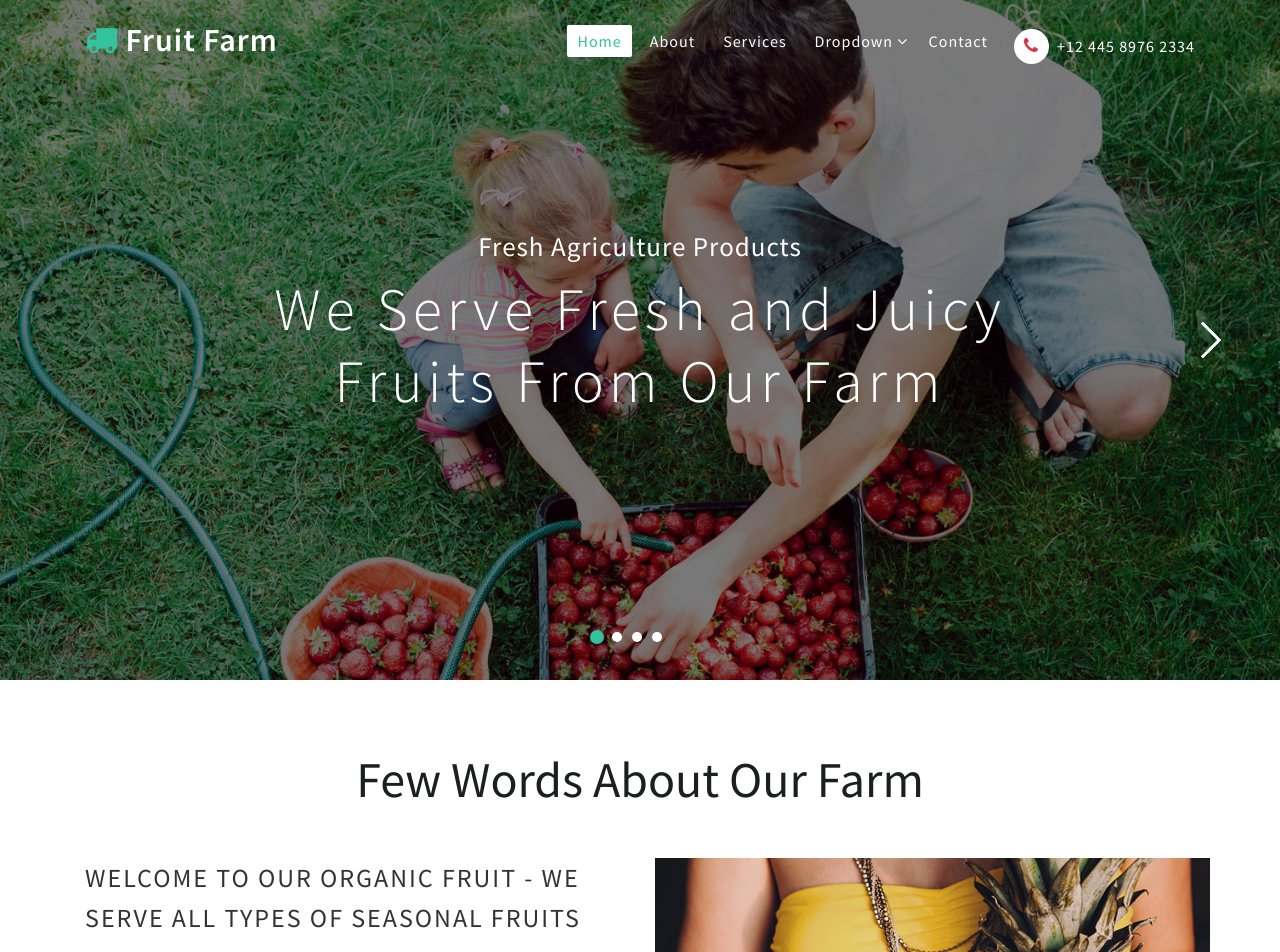
Repository: httpamit/SP-Food
Page: index.html
These files come from the project's save history. The page is drawn as it stood at one moment and after the next save; the edit follows.
The browser window is 1280 px wide. The pictures show the part of the page from y = 0 to 952 px (the page is 4839 px tall).
Backgrounds fixed to the window are drawn as part of the page.

Above is the page before, as saved 2019-02-07 23:12:44.

### index.html
<!DOCTYPE html>
<html lang="en">
<head>
<title>Fruit Farm Agriculture Category Flat Bootstrap Responsive Website Template | Home : W3layouts</title>

	<!-- Meta tag Keywords -->
	<meta name="viewport" content="width=device-width, initial-scale=1">
	<meta charset="utf-8">
	<meta name="keywords" content="Agriculture Responsive web template, Bootstrap Web Templates, Flat Web Templates, Android Compatible web template,
	Smartphone Compatible web template, free webdesigns for Nokia, Samsung, LG, SonyEricsson, Motorola web design" />
	<script type="application/x-javascript">
		addEventListener("load", function () {
			setTimeout(hideURLbar, 0);
		}, false);

		function hideURLbar() {
			window.scrollTo(0, 1);
		}
	</script>
	<!--// Meta tag Keywords -->

	<!-- css files -->
	<link rel="stylesheet" href="css/bootstrap.css"> <!-- Bootstrap-Core-CSS -->
	<link rel="stylesheet" href="css/style.css" type="text/css" media="all" /> <!-- Style-CSS -->
	<link rel="stylesheet" href="css/font-awesome.min.css"> <!-- Font-Awesome-Icons-CSS -->
	<!-- //css files -->

	<!--web font-->
	<link href="//fonts.googleapis.com/css?family=Source+Sans+Pro:200,200i,300,300i,400,400i,600,600i,700,700i,900,900i&amp;subset=cyrillic,cyrillic-ext,greek,greek-ext,latin-ext,vietnamese" rel="stylesheet">
	<!--//web font-->

</head>

<body>

<!-- header -->
<header>
	<div class="container" id="home">
		<nav class="">
			<div id="logo">
				<h1> <a href="index.html" class="editContent" data-selector=".editContent"><span class="fa fa-truck"></span> Fruit Farm</a></h1>
			</div>
			<div class="mx-auto">
				<label for="drop" class="toggle mt-lg-0 mt-3">Menu</label>
				<input type="checkbox" id="drop" />
				<ul class="menu mt-lg-4">
					<li class=" mr-lg-2 mr-1 active"><a href="#">Home</a></li>
					<li class=" mr-lg-2 mr-1"><a href="#about">About</a></li>
					<li class=" mr-lg-2 mr-1"><a href="#services">Services</a></li>
					<li class="dropdown-menu-padding">
					<!-- First Tier Drop Down -->
					<label for="drop-2" class="toggle">Dropdown <span class="fa fa-angle-down" aria-hidden="true"></span> </label>
					<a href="#">Dropdown <span class="fa fa-angle-down" aria-hidden="true"></span></a>
					<input type="checkbox" id="drop-2"/>
					<ul>
						<li><a href="#facts">Agriculture Facts</a></li>
						<li><a href="#gallery">Our Gallery</a></li>
						<li><a href="#team">Our Farmers</a></li>
					</ul>
					</li>
					<li><a href="#contact">Contact</a></li>
					<li class="buttons ml-lg-3">
						<p><span class="fa mr-1 fa-phone"></span> +12 445 8976 2334</p>
					</li>
				</ul>
			</div>
		</nav>
	</div>
</header>
<!-- //header -->

<div class="csslider infinity" id="slider1">
  <input type="radio" name="slides" checked="checked" id="slides_1"/>
  <input type="radio" name="slides" id="slides_2"/>
  <input type="radio" name="slides" id="slides_3"/>
  <input type="radio" name="slides" id="slides_4"/>
  <ul>
    <li>
		<div id="bg">
			<div class="container">
				<div class="banner-text">
				  <h6> Fresh Agriculture Products</h6>
				  <h3> We Serve Fresh and Juicy Fruits From Our Farm</h3>
				</div>
			</div>
		</div>
    </li>
    <li>
        <div id="bg1">
			<div class="container">
				<div class="banner-text">
				  <h6> Fresh Agriculture Products</h6>
				  <h3> We Serve Fresh and Juicy Fruits From Our Farm</h3>
				</div>
			</div>
        </div>
    </li>
    <li>
		<div id="bg2">
			<div class="container">
				<div class="banner-text">
				  <h6> Fresh Agriculture Products</h6>
				  <h3> We Serve Fresh and Juicy Fruits From Our Farm</h3>
				</div>
			</div>
        </div>
    </li>
    <li>
		<div id="bg3">
			<div class="container">
				<div class="banner-text">
				  <h6> Fresh Agriculture Products</h6>
				  <h3> We Serve Fresh and Juicy Fruits From Our Farm</h3>
				</div>
			</div>
		</div>
    </li>

  </ul>
  <div class="arrows">
    <label for="slides_1"></label>
    <label for="slides_2"></label>
    <label for="slides_3"></label>
    <label for="slides_4"></label>
  </div>
  <div class="navigation">
    <div>
      <label for="slides_1"></label>
      <label for="slides_2"></label>
      <label for="slides_3"></label>
      <label for="slides_4"></label>
    </div>
  </div>
</div>

<!-- //banner -->

<!-- about -->
<section class="about py-5" id="about">
	<div class="container py-md-3">
		<h3 class="heading text-center mb-md-5 mb-4">Few Words About our farm</h3>
		<div class="row about-grids agile-info">
			<div class="col-lg-6 mb-lg-0   mb-5">
				<h4 class="mb-4">Welcome to our Organic Fruit - we serve all types of seasonal fruits</h3>
				<p class="mb-4">Cras blandit nibh ut pretium elementum. Duis bibendum convallis nun cael dictum. Quisquen ac ipsum porta, ultrices metus sit amet, curs in nisl. Dui aliquet varius sem sit amet convallis nun ca dictum. Cras blandit nibh ut pretium elementum. Duis bibendum convallis nun ca dictum aliquet.</p>
				<p class="text-capitalize"> <span class="fa fa-check"></span> Duis bibendum convallis blandit dictum.</p>
				<p class=" text-capitalize"> <span class="fa fa-check"></span> Cras blandit nibh blandit pretium dolor ipsum.</p>
				<p class="text-capitalize mb-3"> <span class="fa fa-check"></span> Bibendum convallis nun ca dictum elementum ipsum elit.</p>
				<a href="#popup1">Read More </a>
			</div>
			<div class="col-lg-6 col-md-8   pr-md-0">
				<img src="images/about.jpg" class="img-fluid" />
			</div>
		</div>
	</div>
</section>
<!-- //about -->

<!-- how we work -->
<section class="work">
	<div class="work-layer py-5">
	<div class="container py-md-3">
		<h3 class="heading text-center mb-lg-5 text-white mb-4">How We Work</h3>
		<div class="row text-center join agile-info">
			<div class="col-lg-4 col-md-6 steps-reach  ">
				<span class="fa fa-cogs"></span>
				<h4>Step 1</h4>
				<p>Pretium elementum. Duis bibendum convallis nun ca dictum convallis nun ca dictum. Cras blandit nibh ut aliquet varius sem sit amet convallis.</p>
			</div>
			<div class="col-lg-4 col-md-6 mt-md-0 mt-5 steps-reach  ">
				<span class="fa fa-cubes"></span>
				<h4>Step 2</h4>
				<p>Pretium elementum. Duis bibendum convallis nun ca dictum convallis nun ca dictum. Cras blandit nibh ut aliquet varius sem sit amet convallis.</p>
			</div>
			<div class="col-lg-4 col-md-6 mt-lg-0 mt-5 steps-reach  ">
				<span class="fa fa-cart-arrow-down" aria-hidden="true"></span>
				<h4>Step 3</h4>
				<p>Pretium elementum. Duis bibendum convallis nun ca dictum convallis nun ca dictum. Cras blandit nibh ut aliquet varius sem sit amet convallis.</p>
			</div>
		</div>
	</div>
	</div>
</section>
<!-- //how we work -->

<!-- services -->
<section class="services py-5" id="services">
	<div class="container py-md-5">
		<h3 class="heading text-center mb-lg-5 mb-4">Our Services</h3>
		<div class="row text-center join agile-info">
			<div class="col-lg-4 col-md-6 steps-reach service-box">
				<span class="fa fa-cogs"></span>
				<h4>Step 1</h4>
				<p>Pretium elementum. Duis bibendum convallis nun ca dictum convallis nun ca dictum. Cras blandit nibh ut aliquet varius sem sit amet convallis.</p>
			</div>
			<div class="col-lg-4 col-md-6 mt-md-0 mt-5 steps-reach service-box ">
				<span class="fa fa-cubes"></span>
				<h4>Step 2</h4>
				<p>Pretium elementum. Duis bibendum convallis nun ca dictum convallis nun ca dictum. Cras blandit nibh ut aliquet varius sem sit amet convallis.</p>
			</div>
			<div class="col-lg-4 col-md-6 mt-lg-0 mt-5 steps-reach service-box right-border ">
				<span class="fa fa-cart-arrow-down" aria-hidden="true"></span>
				<h4>Step 3</h4>
				<p>Pretium elementum. Duis bibendum convallis nun ca dictum convallis nun ca dictum. Cras blandit nibh ut aliquet varius sem sit amet convallis.</p>
			</div>
		</div>
	</div>
	</div>
</section>
<!-- //how we work -->

<!-- facts -->
<section class="service-bottom bg py-5" id="facts">
	<div class="container">
		<!-- Counter -->
		<div class="py-lg-5 py-3">
			<h3 class="heading text-center text-white mb-lg-5 mb-4">Agricultural Facts</h3>
			<div class="row ">
				<div class="col-md-3 text-center col-6 agileits_w3layouts_about_counter_left  ">
					<div class="counterinfo agile-info">
						<p class="counter">146</p>
						<h3>Business Growth</h3>
					</div>
				</div>
				<div class="col-md-3 text-center col-6 agileits_w3layouts_about_counter_left  ">
					<div class="counterinfo agile-info">
						<p class="counter">1500</p>
						<h3>Fruits Supplied</h3>
					</div>
				</div>
				<div class="col-md-3 text-center col-6 agileits_w3layouts_about_counter_left   mt-md-0 mt-4">
					<div class="counterinfo agile-info">
						<p class="counter">15+</p>
						<h3>Years Experience</h3>
					</div>
				</div>
				<div class="col-md-3 text-center col-6 agileits_w3layouts_about_counter_left   mt-md-0 mt-4">
					<div class="counterinfo agile-info">
						<p class="counter">150+</p>
						<h3>Agriculture Farmers</h3>
					</div>
				</div>
			</div>
		</div>
		<!-- //Counter -->
	</div>
</section>
<!-- //facts -->

<!-- gallery -->
<section class="gallery py-5" id="gallery">
	<div class="container py-3">
		<h3 class="heading text-center mb-lg-5 mb-4">Our Gallery</h3>
		<div class="row gallery_grid-more project-grids w3ls">
			<div class="col-lg-3 col-md-4 col-6 px-1 w3layoutsits_w3layouts_gallery_grid1">
				<div class="gallery-border">
					<a href="#popup2">
						<img src="images/g1.jpg" alt=" " class="img-fluid" />
					</a>
				</div>
			</div>
			<div class="col-lg-3 col-md-4 col-6 px-1 w3layoutsits_w3layouts_gallery_grid1">
				<div class="gallery-border">
					<a href="#popup3">
						<img src="images/g2.jpg" alt=" " class="img-fluid" />
					</a>
				</div>
			</div>
			<div class="col-lg-3 col-md-4 col-6 px-1 w3layoutsits_w3layouts_gallery_grid1 mt-md-0 mt-2">
				<div class="gallery-border">
					<a href="#popup4">
						<img src="images/g3.jpg" alt=" " class="img-fluid" />
					</a>
				</div>
			</div>
			<div class="col-lg-3 col-md-4 col-6 px-1 w3layoutsits_w3layouts_gallery_grid1 mt-lg-0 mt-2">
				<div class="gallery-border">
					<a href="#popup5">
						<img src="images/g4.jpg" alt=" " class="img-fluid" />
					</a>
				</div>
			</div>
			<div class="col-lg-3 col-md-4 col-6 px-1 w3layoutsits_w3layouts_gallery_grid1 mt-2 ">
				<div class="gallery-border">
					<a href="#popup6">
						<img src="images/g5.jpg" alt=" " class="img-fluid" />
					</a>
				</div>
			</div>
			<div class="col-lg-3 col-md-4 col-6 px-1 w3layoutsits_w3layouts_gallery_grid1 mt-2">
				<div class="gallery-border">
					<a href="#popup7">
						<img src="images/g6.jpg" alt=" " class="img-fluid" />
					</a>
				</div>
			</div>
			<div class="col-lg-3 col-md-4 col-6 px-1 w3layoutsits_w3layouts_gallery_grid1 mt-2">
				<div class="gallery-border">
					<a href="#popup8">
						<img src="images/g7.jpg" alt=" " class="img-fluid" />
					</a>
				</div>
			</div>
			<div class="col-lg-3 col-md-4 col-6 px-1 w3layoutsits_w3layouts_gallery_grid1 mt-2">
				<div class="gallery-border">
					<a href="#popup9">
						<img src="images/g8.jpg" alt=" " class="img-fluid" />
					</a>
				</div>
			</div>
		</div>
	</section>

<!-- popup for gallery -->
<div id="popup2" class="overlay">
	<div class="popup1">
		<img src="images/g1.jpg" alt="Popup Image" class="img-fluid" />
	<a class="close" href="#gallery">&times;</a>
	</div>
</div>

<div id="popup3" class="overlay">
	<div class="popup1">
		<img src="images/g2.jpg" alt="Popup Image" class="img-fluid" />
	<a class="close" href="#gallery">&times;</a>
	</div>
</div>

<div id="popup4" class="overlay">
	<div class="popup1">
		<img src="images/g3.jpg" alt="Popup Image" class="img-fluid" />
	<a class="close" href="#gallery">&times;</a>
	</div>
</div>

<div id="popup5" class="overlay">
	<div class="popup1">
		<img src="images/g4.jpg" alt="Popup Image" class="img-fluid" />
	<a class="close" href="#gallery">&times;</a>
	</div>
</div>

<div id="popup6" class="overlay">
	<div class="popup1">
		<img src="images/g5.jpg" alt="Popup Image" class="img-fluid" />
	<a class="close" href="#gallery">&times;</a>
	</div>
</div>

<div id="popup7" class="overlay">
	<div class="popup1">
		<img src="images/g6.jpg" alt="Popup Image" class="img-fluid" />
	<a class="close" href="#gallery">&times;</a>
	</div>
</div>
<div id="popup8" class="overlay">
	<div class="popup1">
		<img src="images/g7.jpg" alt="Popup Image" class="img-fluid" />
	<a class="close" href="#gallery">&times;</a>
	</div>
</div>
<div id="popup9" class="overlay">
	<div class="popup1">
		<img src="images/g8.jpg" alt="Popup Image" class="img-fluid" />
	<a class="close" href="#gallery">&times;</a>
	</div>
</div>
<!-- //popup for gallery -->

</div>
<!-- //gallery -->

<!-- team -->
<section class="team bg-light py-5" id="team">
	<div class="container py-md-3">
		<h3 class="heading text-center mb-lg-5 mb-4">Our Farmers</h3>
		<div class="row team-grids">
			<div class="col-lg-3 col-sm-6 mb-lg-0 mb-4 team-grid  ">
				<div class="team-members">
					<img src="images/t1.jpg" class="img-fluid" alt="image">
					<div class="team-desc py-3 text-center agile-info">
						<h4 class="">John Doe</h4>
						<span>Our Farmer</span>
						<ul class="social">
							<li><a href="#"><span class="fa fa-facebook icon_facebook"></span></a></li>
							<li><a href="#"><span class="fa fa-twitter icon_twitter"></span></a></li>
							<li><a href="#"><span class="fa fa-dribbble icon_dribbble"></span></a></li>
							<li><a href="#"><span class="fa fa-google-plus icon_g_plus"></span></a></li>
						</ul>
					</div>
				</div>
			</div>
			<div class="col-lg-3 col-sm-6 mb-lg-0 mb-4 team-grid  ">
				<div class="team-members">
					<img src="images/t2.jpg" class="img-fluid" alt="image">
					<div class="team-desc py-3 text-center agile-info">
						<h4 class="">Melisa Doe</h4>
						<span>Our Farmer</span>
						<ul class="social">
							<li><a href="#"><span class="fa fa-facebook icon_facebook"></span></a></li>
							<li><a href="#"><span class="fa fa-twitter icon_twitter"></span></a></li>
							<li><a href="#"><span class="fa fa-dribbble icon_dribbble"></span></a></li>
							<li><a href="#"><span class="fa fa-google-plus icon_g_plus"></span></a></li>
						</ul>
					</div>
				</div>
			</div>
			<div class="col-lg-3 col-sm-6 mb-sm-0 mb-4 team-grid  ">
				<div class="team-members">
					<img src="images/t3.jpg" class="img-fluid" alt="image">
					<div class="team-desc py-3 text-center agile-info">
						<h4 class="">Alex Atkinson</h4>
						<span>Our Farmer</span>
						<ul class="social">
							<li><a href="#"><span class="fa fa-facebook icon_facebook"></span></a></li>
							<li><a href="#"><span class="fa fa-twitter icon_twitter"></span></a></li>
							<li><a href="#"><span class="fa fa-dribbble icon_dribbble"></span></a></li>
							<li><a href="#"><span class="fa fa-google-plus icon_g_plus"></span></a></li>
						</ul>
					</div>
				</div>
			</div>
			<div class="col-lg-3 col-sm-6 team-grid  ">
				<div class="team-members">
					<img src="images/t4.jpg" class="img-fluid" alt="image">
					<div class="team-desc py-3 text-center agile-info">
						<h4 class="">Thompson</h4>
						<span>Our Farmer</span>
						<ul class="social">
							<li><a href="#"><span class="fa fa-facebook icon_facebook"></span></a></li>
							<li><a href="#"><span class="fa fa-twitter icon_twitter"></span></a></li>
							<li><a href="#"><span class="fa fa-dribbble icon_dribbble"></span></a></li>
							<li><a href="#"><span class="fa fa-google-plus icon_g_plus"></span></a></li>
						</ul>
					</div>
				</div>
			</div>
		</div>
	</div>
</section>
<!-- //team -->

<!-- footer -->
<footer class="py-5" id="contact">
	<div class="container pt-md-3">
		<div class="row ">
		<div class="col-lg-4 col-md-6">
            <h3 class="mb-4">Address Info</h3>
			<div class="footer-text">
				<p>Address : 1234 block, Charlotte, North Carolina, United States, USA.</p>
				<p class="mt-1">Phone : +12 534894364</p>
				<p class="mt-1">Phone : +12 534894364</p>
				<p class="my-1">Email : <a href="mailto:info@example.com">info@example.com</a></p>
				<p>Fax : +12 534894364</p>
			</div>
		</div>
		<div class="col-lg-3 col-md-6 mt-md-0 mt-5">
            <h3 class="mb-4">Opening Hours</h3>
			<div class="timings">
				<p class="mb-2">Mon To Fri<span> 9am to 8pm </span></p>
				<p class="">Sat and Sun<span> 10am to 6pm </span></p>
			</div>
            <h3 class="mt-4">Connect Us</h3>
			<p class="mt-3">Follow us on social media.</p>
			<ul class="social mt-2">
				<li><a href="#"><span class="fa fa-facebook icon_facebook"></span></a></li>
				<li><a href="#"><span class="fa fa-twitter icon_twitter"></span></a></li>
				<li><a href="#"><span class="fa fa-dribbble icon_dribbble"></span></a></li>
				<li><a href="#"><span class="fa fa-google-plus icon_g_plus"></span></a></li>
			</ul>
		</div>
		<div class="col-lg-5 mt-lg-0 mt-5">
			<h3 class="mb-4 ml-md-5"> Contact Us</h3>
			<form action="#" method="get" class="register-wthree">
				<div class="form-group">
					<div class="row">
						<div class="col-sm-2 d-sm-flex align-items-end justify-content-end px-sm-0">
							<label class="mb-0">
								<span class="fa fa-user"></span>
							</label>
						</div>
						<div class="col-sm-5 pr-sm-1">
							<input class="form-control" type="text" placeholder="First Name" name="email" required="">
						</div>
						<div class="col-sm-5 pl-sm-1 pl-auto mt-sm-0 mt-2">
							<input class="form-control" type="text" placeholder="Last Name" name="email" required="">
						</div>
					</div>
				</div>
				<div class="form-group">
					<div class="row">
						<div class="col-sm-2 d-sm-flex align-items-end justify-content-end px-sm-0">
							<label class="mb-0">
								<span class="fa fa-envelope-open"></span>
							</label>
						</div>
						<div class="col-sm-10">
							<input class="form-control" type="email" placeholder="example@mail.com" name="email" required="">
						</div>
					</div>
				</div>
				<div class="form-group">
					<div class="row">
						<div class="col-sm-2 d-sm-flex align-items-end justify-content-end px-sm-0">
							<label class="mb-0">
								<span class="fa fa-edit"></span>
							</label>
						</div>
						<div class="col-sm-10">
							<textarea placeholder="Your message here" class="form-control"></textarea>
						</div>
					</div>
				</div>
				<div class="row mt-3">
					<div class="offset-2"></div>
					<div class="col-sm-10">
						<button type="submit" class="btn btn-block w-100">Send</button>
					</div>
				</div>
			</form>
		</div>
	</div>
	<div class="copyright pt-sm-5 pt-4 text-center">
		<a href="#home" class="move-top scroll"><span class="fa fa-angle-up" aria-hidden="true"></span></a>
		<p>© 2018 Fruit Farm. All Rights Reserved | Design by</p>
	</div>
</footer>
<!-- footer -->

<!-- popup for btn -->
<div id="popup1" class="overlay">
	<div class="popup">
		<img src="images/about.jpg" alt="Popup Image" class="img-fluid" />
		<p class="mt-4 editContent">Nulla viverra pharetra se, eget pulvinar neque pharetra ac int. placerat placerat dolor. Vestibulum at dui nunc. Nulla viverra pharetra sem, eget pulvinar neque pharetra ac int. lorem ipsum Vestibulum. placerat placerat dolor. Vestibulum at dui nunc. Nullam eu elit neque lectus.</p>
	<a class="close" href="#about">&times;</a>
	</div>
</div>
<!-- //popup for btn -->

</body>
</html>

Loaded but not shown: css/bootstrap.css (library); css/font-awesome.min.css (library); css/style.css (1492 lines, source omitted)

After the next save:
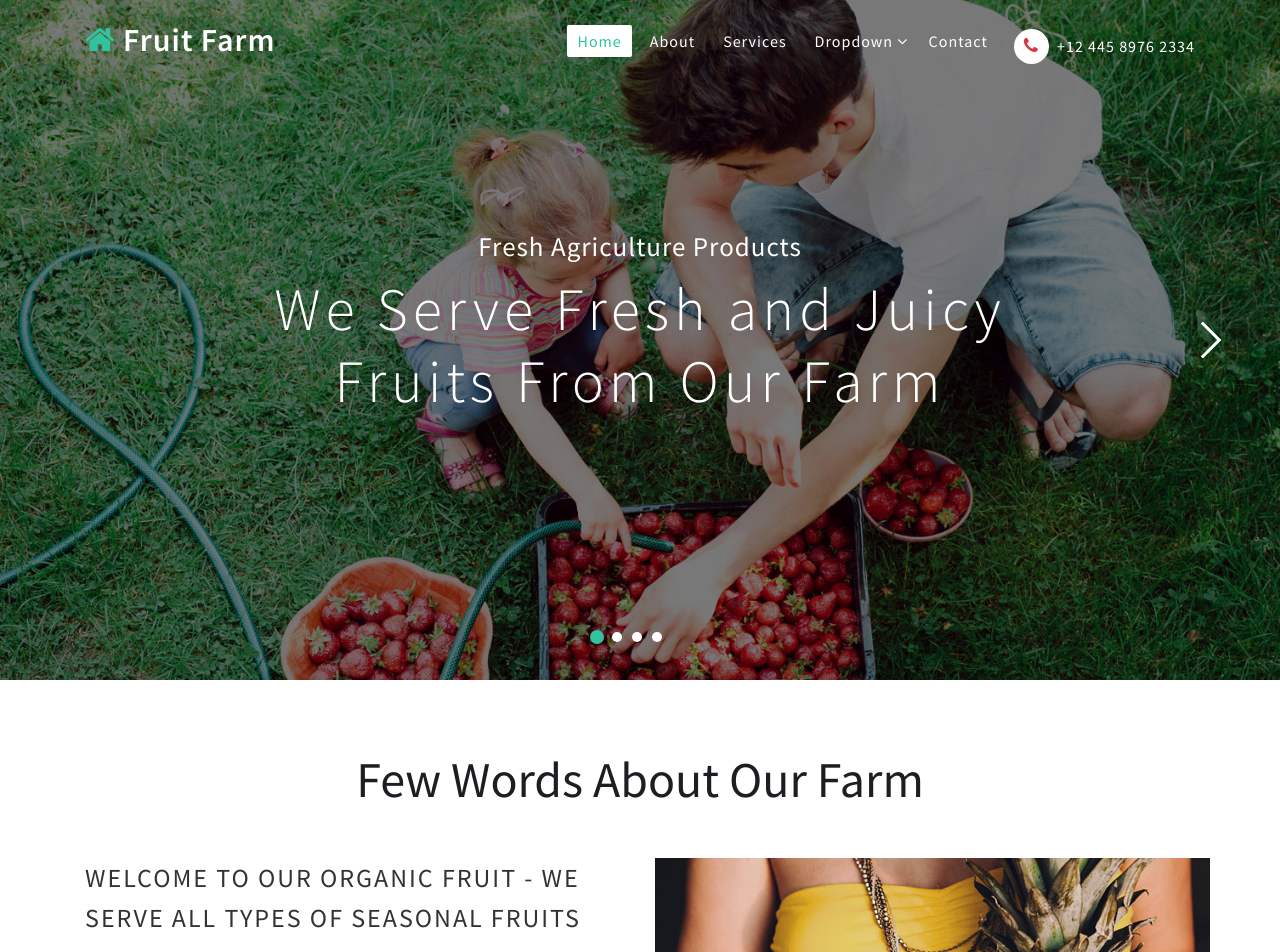
Saved 40 s later.
--- a/index.html
+++ b/index.html
@@ -38,7 +38,7 @@
 	<div class="container" id="home">
 		<nav class="">
 			<div id="logo">
-				<h1> <a href="index.html" class="editContent" data-selector=".editContent"><span class="fa fa-truck"></span> Fruit Farm</a></h1>
+				<h1> <a href="index.html" class="editContent" data-selector=".editContent"><span class="fa fa-home"></span> Fruit Farm</a></h1>
 			</div>
 			<div class="mx-auto">
 				<label for="drop" class="toggle mt-lg-0 mt-3">Menu</label>
